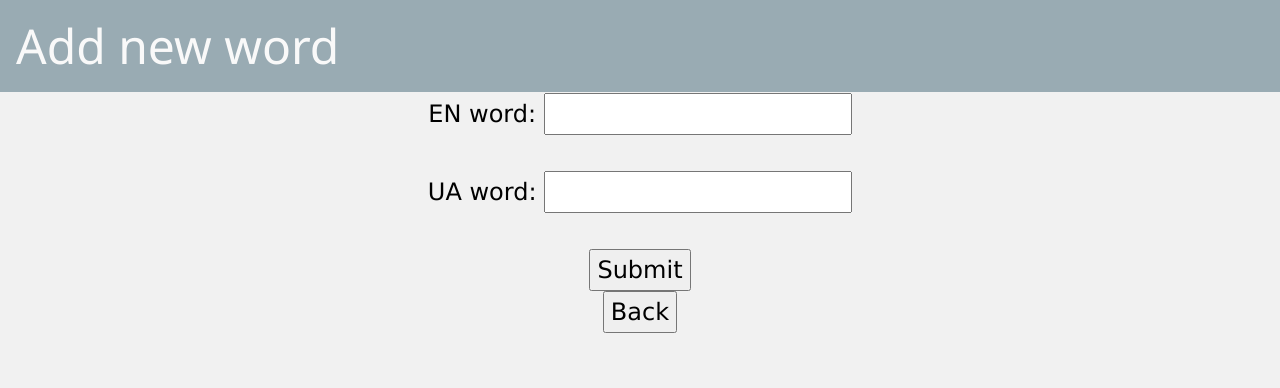
Repository: OleksandrDoskaliukKN313/IIC
Page: WebDictionary/WebContent/inputForm.html
These files come from the project's save history. The page is drawn as it stood at one moment and after the next save; the edit follows.
The browser window is 1280 px wide. The pictures show the whole page.

Above is the page before, as saved 2020-10-12 10:19:48.

### WebDictionary/WebContent/inputForm.html
<!DOCTYPE html>
<html>
<head>
<meta charset="UTF-8">
<title>Input Form</title>
<link rel="stylesheet" href="w3.css">
</head>
<body class="w3-light-grey ">
<div class="w3-container w3-blue-grey w3-opacity w3-left-align 	">
        <h1 class = "w3-xxxlarge">Add new word</h1>
    </div>
<div class = "w3-xlarge w3-container w3-center">
<form action="addWord.jsp">
    EN word: <input name="en" />
    <br><br>
    UA word: <input name="ua" />
    <br></br>
    <input type="submit" value="Submit" />
   <br>
   <button onclick="location.href='index.html'">Back</button>
</form>
</div>

</body>
</html>

Loaded but not shown: WebDictionary/WebContent/w3.css (library)

After the next save:
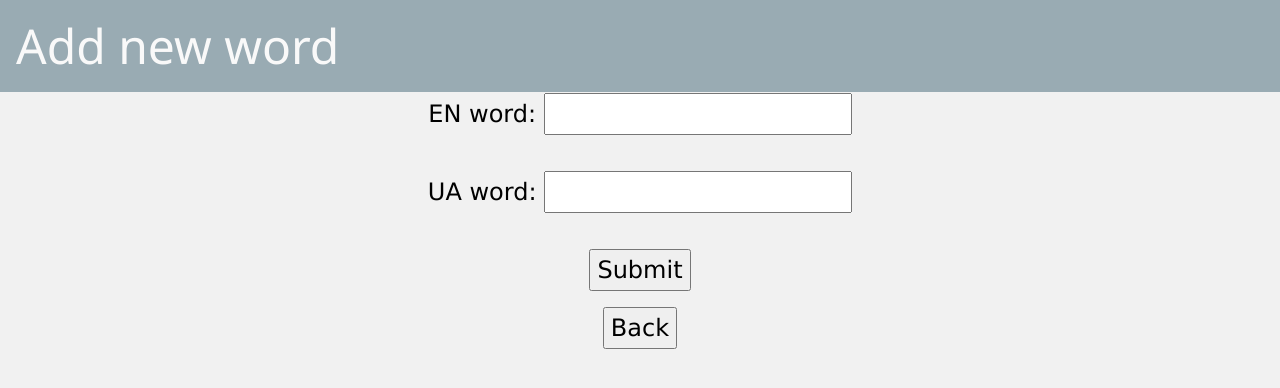
Saved 15 s later.
--- a/WebDictionary/WebContent/inputForm.html
+++ b/WebDictionary/WebContent/inputForm.html
@@ -17,7 +17,7 @@
     <br></br>
     <input type="submit" value="Submit" />
    <br>
-   <button onclick="location.href='index.html'">Back</button>
+   <button class = "w3-margin-top" onclick="location.href='index.html'">Back</button>
 </form>
 </div>
 
